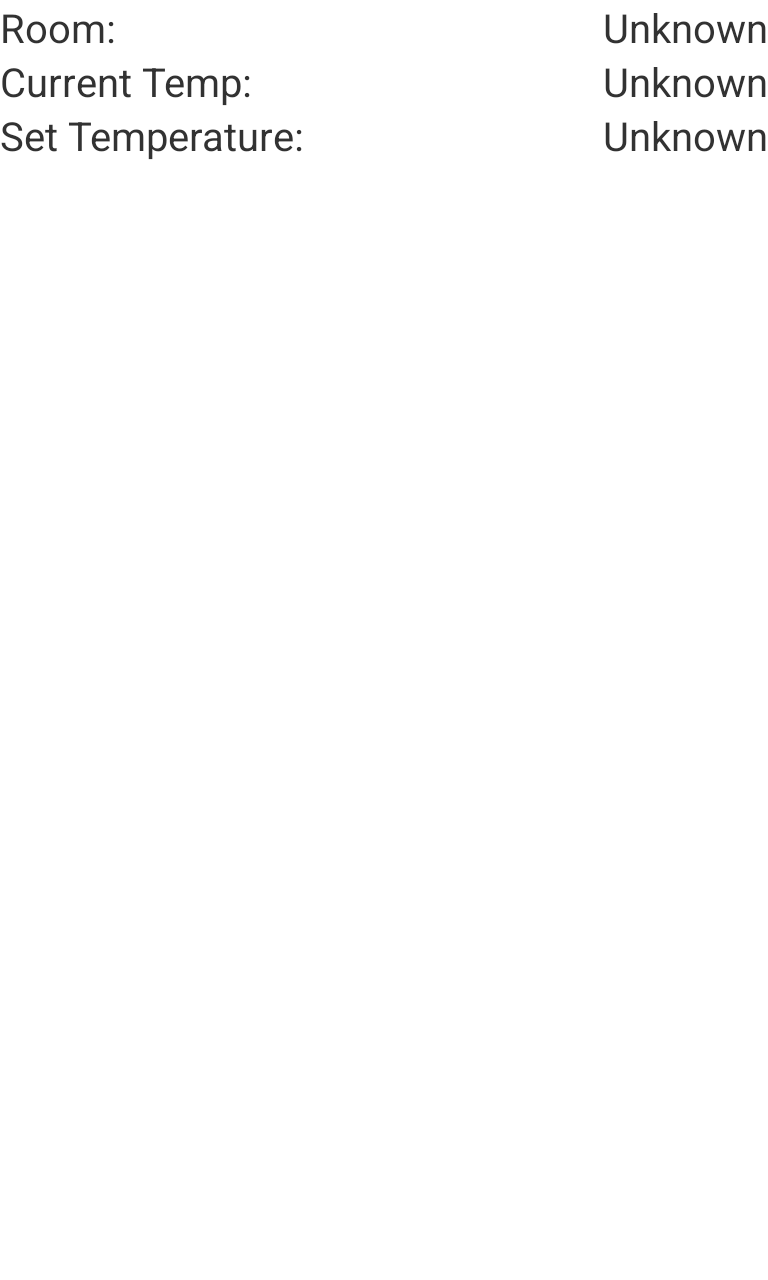
Repository: finerrecliner/SmartVent
Layout: SmartVent/res/layout/activity_main.xml
The author's editor kept a copy of each file at every save. The layout is drawn from the files as they stood at one save, then again after the next save.
It is drawn on a 768 x 1280 px phone screen (xhdpi) without system bars, with theme AppTheme; the app's code is not run.

Above is the layout before, as saved 2013-11-02 18:19:10.

### SmartVent/res/layout/activity_main.xml
<LinearLayout xmlns:android="http://schemas.android.com/apk/res/android"
    xmlns:tools="http://schemas.android.com/tools"
    android:layout_width="match_parent"
    android:layout_height="match_parent"
    android:gravity="fill_vertical"
    android:orientation="vertical"
    tools:context=".RoomActivity" >

    <LinearLayout
		android:id="@+id/room_row"
        android:layout_width="match_parent"
        android:layout_height="wrap_content" >

	    <TextView
	        android:layout_width="wrap_content"
	        android:layout_height="wrap_content"
	        android:textSize="20sp"
	        android:text="@string/room_label" />

	    <TextView
	        android:id="@+id/room_val"
	        android:layout_width="fill_parent"
	        android:layout_height="wrap_content"
	        android:layout_gravity="right"
	        android:gravity="right"
	        android:textSize="20sp"
	        android:text="@string/unknown" />

    </LinearLayout>

    <LinearLayout
        android:id="@+id/current_temp_row"
        android:layout_width="match_parent"
        android:layout_height="wrap_content" >

        <TextView
            android:layout_width="wrap_content"
            android:layout_height="wrap_content"
            android:textSize="20sp"
            android:text="@string/current_temp" />

        <TextView
            android:id="@+id/current_temp_val"
            android:layout_width="fill_parent"
            android:layout_height="wrap_content"
            android:gravity="right"
            android:textSize="20sp"
            android:text="@string/unknown" />

    </LinearLayout>

  <LinearLayout
        android:id="@+id/set_temp_row"
        android:layout_width="match_parent"
        android:layout_height="wrap_content" >

        <TextView
            android:id="@+id/set_temp_label"
            android:layout_width="wrap_content"
            android:layout_height="wrap_content"
            android:textSize="20sp"
            android:text="@string/set_temperature" />

        <TextView
            android:id="@+id/set_temp_val"
            android:layout_width="fill_parent"
            android:layout_height="wrap_content"
            android:gravity="right"
            android:textSize="20sp"
            android:text="@string/unknown" />
    </LinearLayout>

    <LinearLayout
        android:id="@+id/set_temp_buttons"
        android:layout_width="match_parent"
        android:layout_height="wrap_content" >



  	</LinearLayout>

</LinearLayout>

### SmartVent/res/values/strings.xml
<?xml version="1.0" encoding="utf-8"?>
<resources>

    <string name="app_name">SmartVent</string>
    <string name="hello_world">Hello world!</string>
    <string name="menu_settings">Settings</string>
    <string name="current_temp">Current Temp:</string>
    <string name="room_label">Room:</string>
    <string name="set_temperature">Set Temperature:</string>
    <string name="unknown">Unknown</string>
    <string name="up">Up</string>

</resources>

Loaded but not shown: SmartVent/res/values/styles.xml (common file); SmartVent/res/values-v11/styles.xml (common file); SmartVent/res/values-v14/styles.xml (common file)

After the next save:
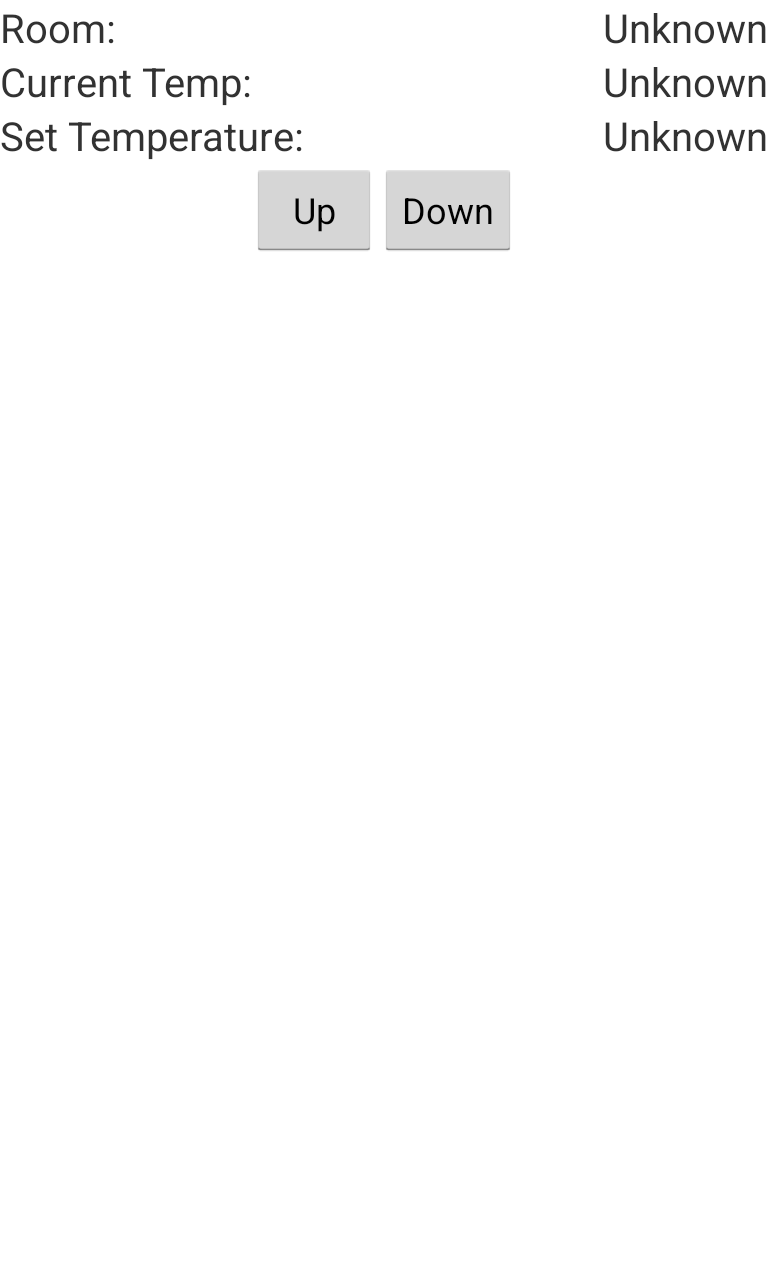
Saved 39 s later.
--- a/SmartVent/res/layout/activity_main.xml
+++ b/SmartVent/res/layout/activity_main.xml
@@ -73,9 +73,20 @@
     <LinearLayout
         android:id="@+id/set_temp_buttons"
         android:layout_width="match_parent"
-        android:layout_height="wrap_content" >
+        android:layout_height="wrap_content"
+        android:gravity="center" >
 
+        <Button
+            android:id="@+id/set_temp_up"
+            android:layout_width="wrap_content"
+            android:layout_height="wrap_content"
+            android:text="@string/up" />
 
+        <Button
+            android:id="@+id/set_temp_down"
+            android:layout_width="wrap_content"
+            android:layout_height="wrap_content"
+            android:text="Down" />
 
   	</LinearLayout>
 
